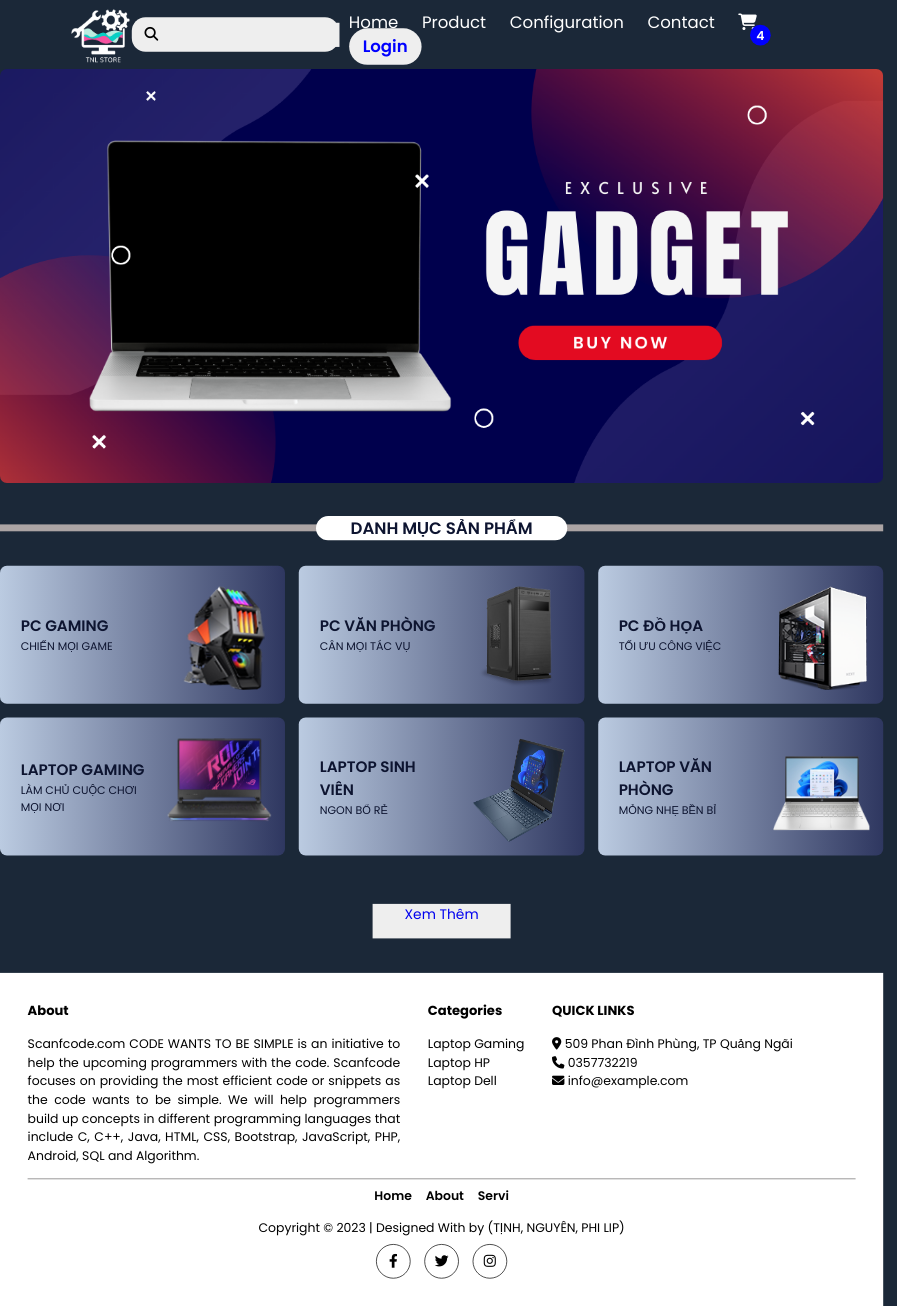
Repository: HPNChanel/DACS
Page: index.html
These files come from the project's save history. The page is drawn as it stood at one moment and after the next save; the edit follows.
The browser window is 1280 px wide. The page is 1300 px wide, so the pictures cover 1300 px, including what lies to the right of the window. The pictures show the whole page, at 69% of full size.

Above is the page before, as saved 2023-04-13 19:40:07.

After the next save:
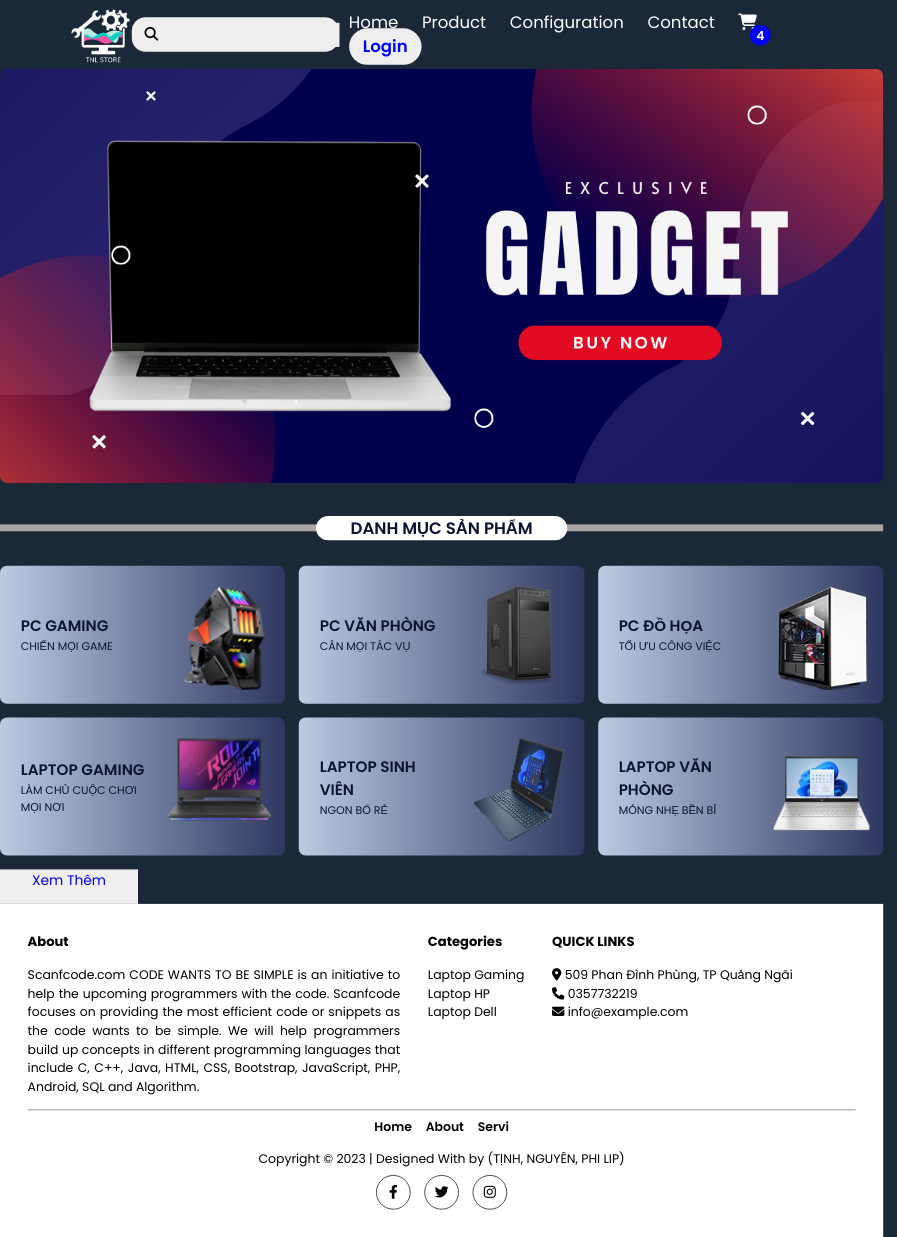
Saved 11 s later.
--- a/style/main.css
+++ b/style/main.css
@@ -269,6 +269,7 @@
     background-color: #eee;
     font-size: 20px;
     text-align: center;
+    margin: auto 0;
 }
 /* Footer*/
 footer {

After the save that followed:
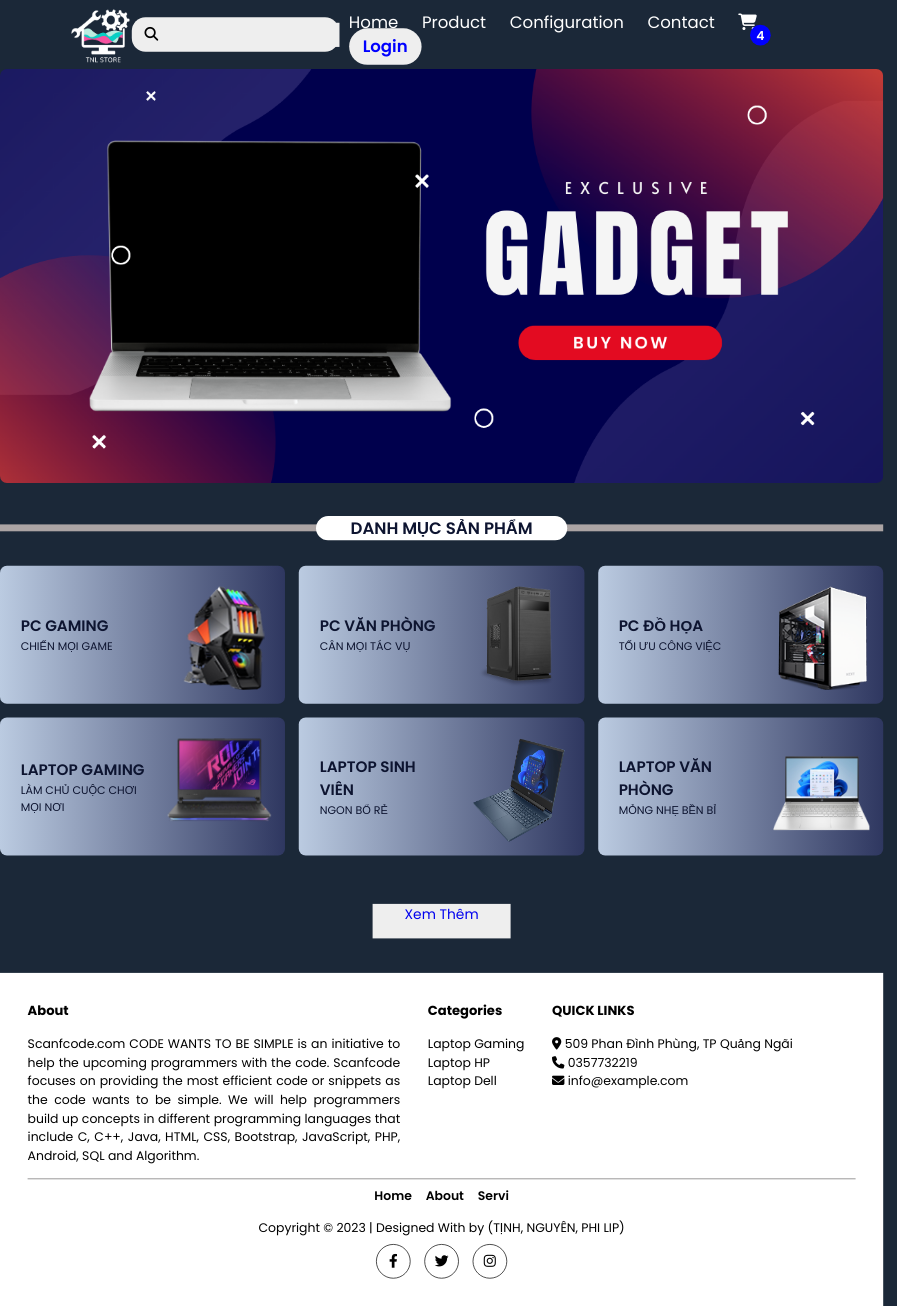
Saved 9 s later.
--- a/style/main.css
+++ b/style/main.css
@@ -269,7 +269,6 @@
     background-color: #eee;
     font-size: 20px;
     text-align: center;
-    margin: auto 0;
 }
 /* Footer*/
 footer {
